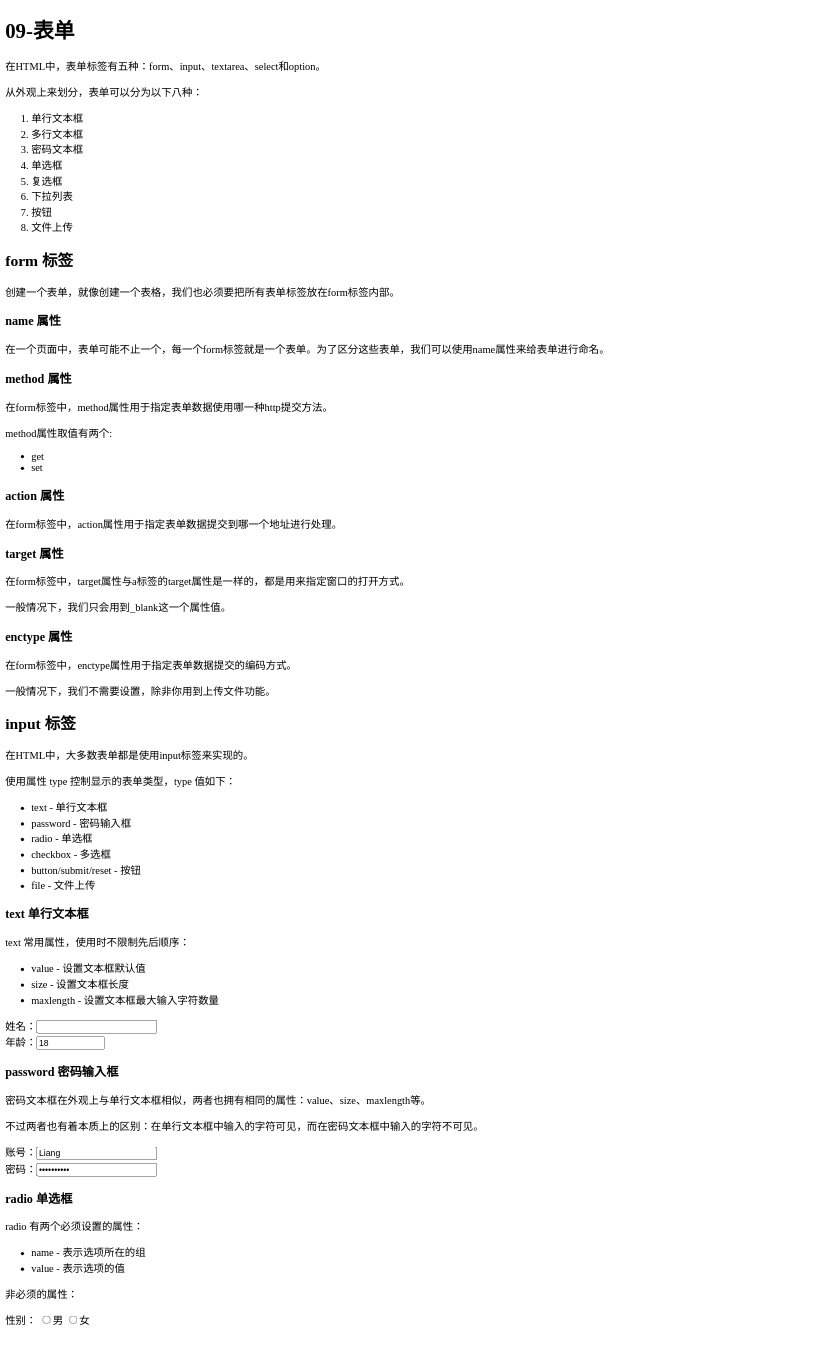
Repository: liang-n/front-end-basics
Page: 09-表单.html
An editor plug-in stored every save of this project. The page is shown before and after a run of saves, followed by the edit.
The browser window is 1280 px wide. The pictures show the whole page, at 65% of full size.

Above is the page before, as saved 2022-05-15 17:05:58.

After the next 2 saves:
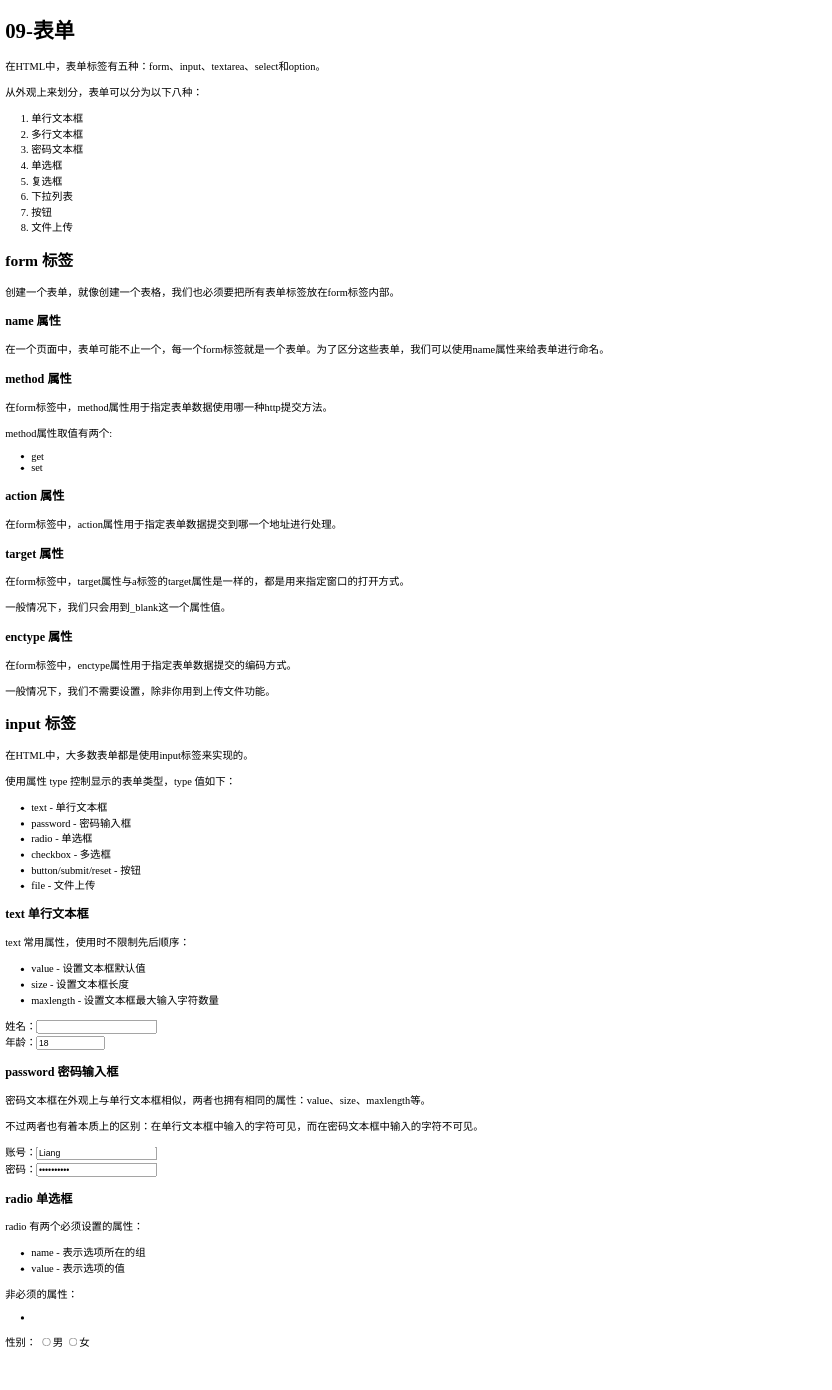
The 2 saves are shown as one change because they came seconds apart.
The last was saved 6 s later.
--- a/09-表单.html
+++ b/09-表单.html
@@ -85,7 +85,10 @@
         <li>name - 表示选项所在的组</li>
         <li>value - 表示选项的值</li>
     </ul>
-<p>非必须的属性：</p>
+    <p>非必须的属性：</p>
+    <ul>
+        <li></li>
+    </ul>
     <form method="post">
         性别：
         <input type="radio" name="gender" value="0">男
